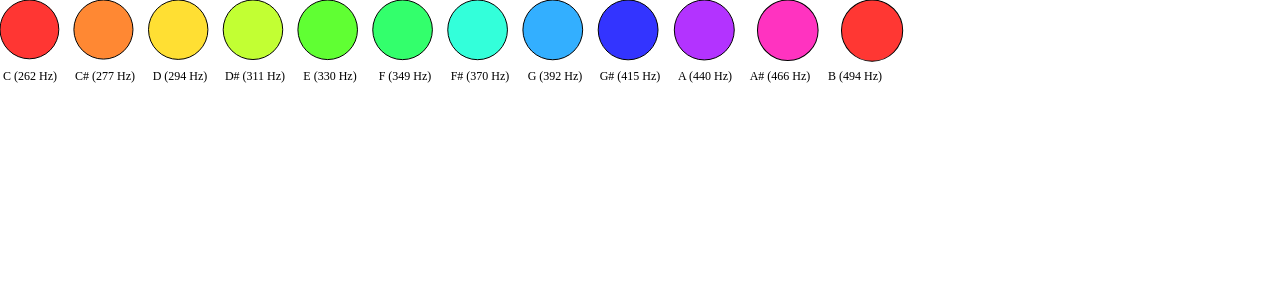
Repository: studiorichie/richielau.com
Page: assets/sound-to-color.html
An editor plug-in stored every save of this project. The page is shown before and after the next save, followed by the edit.
The browser window is 1280 px wide. The pictures show the whole page.

Above is the page before, as saved 2024-11-06 20:55:51.

### assets/sound-to-color.html
<!DOCTYPE html>
<html lang="en">

<head>
    <meta charset="UTF-8">
    <title>Sound-to-Color Mapping with MIDI</title>
    <script src="https://d3js.org/d3.v6.min.js"></script>
    <style>
        body,
        html {
            margin: 0;
            padding: 0;
            overflow: hidden;
        }

        .svg-container {
            display: flex;
            justify-content: flex-start;
            align-items: center;
            width: 100%;
            overflow: hidden;
        }

        .key-circle {
            fill-opacity: 0.8;
            stroke: black;
            stroke-width: 1px;
            cursor: pointer;
            outline: none;
            -webkit-tap-highlight-color: transparent;
            transition: transform 0.2s, filter 0.2s, fill-opacity 0.2s;
        }

        .key-circle[data-note="C"] {
            transform: scale(0.98);
        }

        .key-circle[data-note="C#"] {
            transform: scale(0.985);
        }

        .key-circle[data-note="D"] {
            transform: scale(0.99);
        }

        .key-circle[data-note="D#"] {
            transform: scale(0.992);
        }

        .key-circle[data-note="E"] {
            transform: scale(0.993);
        }

        .key-circle[data-note="F"] {
            transform: scale(0.994);
        }

        .key-circle[data-note="F#"] {
            transform: scale(0.995);
        }

        .key-circle[data-note="G"] {
            transform: scale(0.996);
        }

        .key-circle[data-note="G#"] {
            transform: scale(0.997);
        }

        .key-circle[data-note="A"] {
            transform: scale(0.999);
        }

        .key-circle[data-note="A#"] {
            transform: scale(1.01);
        }

        /* Continue this slight scaling variation up to B */
        .key-circle[data-note="B"] {
            transform: scale(1.02);
        }



        .key-circle:hover {
            fill-opacity: 1;
            filter: brightness(1.2);
        }

        .key-circle:active {
            transform: scale(0.995);
            filter: brightness(0.8);
        }

        .label {
            font-size: 12px;
            text-anchor: middle;
        }

        .midi-label {
            font-size: 14px;
            font-weight: bold;
            text-anchor: middle;
            fill: black;
            visibility: hidden;
        }
    </style>
</head>

<body>
    <div class="svg-container">
        <svg width="950" height="600" id="chart"></svg>
    </div>
    <script>
        const keys = [
            { note: "C", freq: 261.63, midi: 60 },
            { note: "C#", freq: 277.18, midi: 61 },
            { note: "D", freq: 293.66, midi: 62 },
            { note: "D#", freq: 311.13, midi: 63 },
            { note: "E", freq: 329.63, midi: 64 },
            { note: "F", freq: 349.23, midi: 65 },
            { note: "F#", freq: 369.99, midi: 66 },
            { note: "G", freq: 392.00, midi: 67 },
            { note: "G#", freq: 415.30, midi: 68 },
            { note: "A", freq: 440.00, midi: 69 },
            { note: "A#", freq: 466.16, midi: 70 },
            { note: "B", freq: 493.88, midi: 71 }
        ];

        function getColor(freq) {
            let hue = ((freq - 261) / (493 - 261)) * 360;
            return `hsl(${hue}, 100%, 50%)`;
        }

        const svg = d3.select("#chart");
        const circleRadius = 30;
        const padding = 15;

        // Create the group for circles and labels
        const group = svg.append("g");

        group.selectAll("circle")
            .data(keys)
            .enter()
            .append("circle")
            .attr("class", "key-circle")
            .attr("r", circleRadius)
            .attr("fill", d => getColor(d.freq))
            .attr("data-note", d => d.note)
            .on("click", function (event, d) {
                showMidiLabel(d);
                playMidiTone(d.midi);
            });

        group.selectAll(".label")
            .data(keys)
            .enter()
            .append("text")
            .attr("class", "label")
            .text(d => `${d.note} (${Math.round(d.freq)} Hz)`)
            .attr("fill", "black");

        const midiLabel = svg.append("text")
            .attr("class", "midi-label");

        function showMidiLabel(data) {
            midiLabel.text(`MIDI: ${data.midi} - ${data.note}`)
                .attr("x", svg.attr("width") / 2)
                .attr("y", svg.attr("height") - 50)
                .attr("visibility", "visible");

            setTimeout(() => {
                midiLabel.attr("visibility", "hidden");
            }, 2000);
        }

        function playMidiTone(midi) {
            const context = new (window.AudioContext || window.webkitAudioContext)();
            const oscillator = context.createOscillator();
            const gainNode = context.createGain();
            oscillator.type = 'sine';
            oscillator.frequency.setValueAtTime(440 * Math.pow(2, (midi - 69) / 12), context.currentTime);
            gainNode.gain.setValueAtTime(0.1, context.currentTime);
            oscillator.connect(gainNode).connect(context.destination);
            oscillator.start();
            oscillator.stop(context.currentTime + 0.5);
        }

        function shakeElement(element) {
            const originalTransform = element.attr("transform");
            let shakeCount = 5;
            const interval = setInterval(() => {
                const randomX = (Math.random() - 0.5) * 2; // Random jitter between -1 and +1
                const randomY = (Math.random() - 0.5) * 2;
                element.attr("transform", `${originalTransform} translate(${randomX}, ${randomY})`);
                if (shakeCount++ > 10) { // Stop after 10 shakes
                    clearInterval(interval);
                    element.attr("transform", originalTransform); // Reset to original position
                }
            }, 30);
        }

        group.selectAll("circle")
            .data(keys)
            .enter()
            .append("circle")
            .attr("class", "key-circle")
            .attr("r", circleRadius)
            .attr("fill", d => getColor(d.freq))
            .attr("data-note", d => d.note)
            .on("click", function (event, d) {
                showMidiLabel(d);
                playMidiTone(d.midi);
                shakeElement(d3.select(this)); // Apply shake effect
            });


        function adjustCircleLayout() {
            const svgWidth = document.getElementById("chart").clientWidth;
            const circlesPerRow = Math.max(1, Math.floor(svgWidth / (circleRadius * 2 + padding)));

            d3.select("#chart")
                .selectAll("circle")
                .attr("cx", (d, i) => (i % circlesPerRow) * (circleRadius * 2 + padding) + circleRadius)
                .attr("cy", (d, i) => Math.floor(i / circlesPerRow) * (circleRadius * 2 + padding) + circleRadius);

            d3.select("#chart")
                .selectAll(".label")
                .attr("x", (d, i) => (i % circlesPerRow) * (circleRadius * 2 + padding) + circleRadius)
                .attr("y", (d, i) => Math.floor(i / circlesPerRow) * (circleRadius * 2 + padding) + circleRadius + 50);
        }

        adjustCircleLayout();
        window.addEventListener("resize", adjustCircleLayout);
    </script>
</body>

</html>

After the next save:
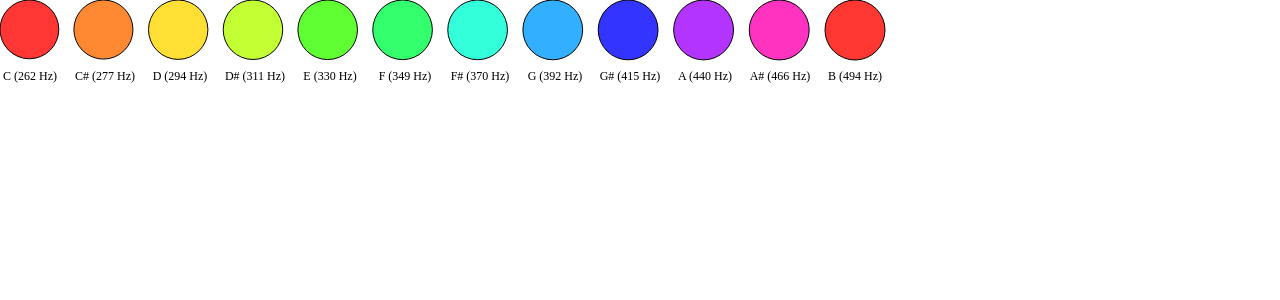
Saved 8 min 54 s later.
--- a/assets/sound-to-color.html
+++ b/assets/sound-to-color.html
@@ -68,16 +68,16 @@
         }
 
         .key-circle[data-note="A"] {
+            transform: scale(0.998);
+        }
+
+        .key-circle[data-note="A#"] {
             transform: scale(0.999);
-        }
-
-        .key-circle[data-note="A#"] {
-            transform: scale(1.01);
         }
 
         /* Continue this slight scaling variation up to B */
         .key-circle[data-note="B"] {
-            transform: scale(1.02);
+            transform: scale(1.00);
         }
 
 
